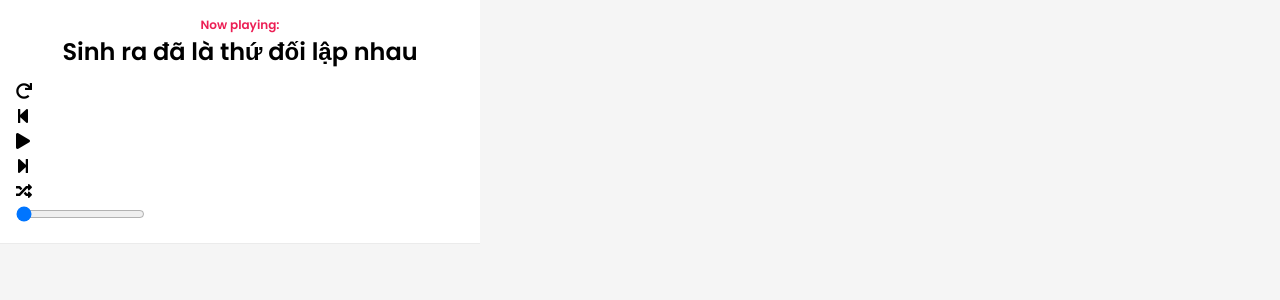
Repository: PhanPhuongNam2108/SiTrumChill
Page: index.html
An editor plug-in stored every save of this project. The page is shown before and after a run of saves, followed by the edit.
The browser window is 1280 px wide. The pictures show the whole page.
Pictures or frames that could not be fetched are drawn as grey boxes.

Above is the page before, as saved 2025-11-26 15:07:46.

After the next 4 saves:
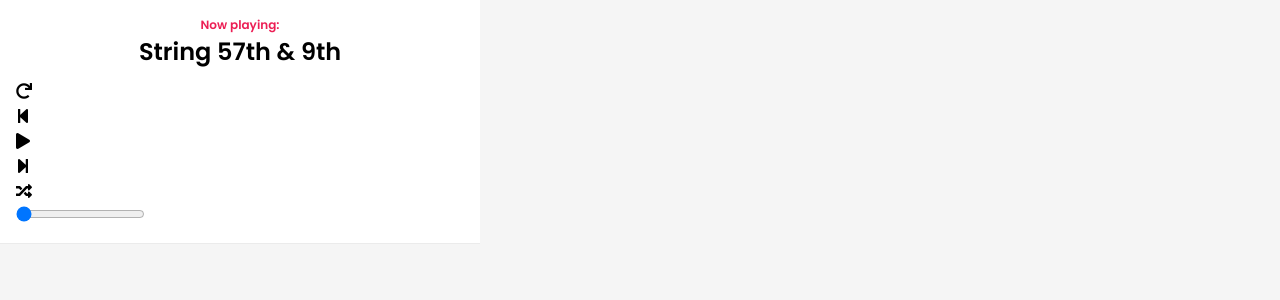
Console error: SyntaxError: Missing initializer in const declaration
The 4 saves are shown as one change because they came seconds apart.
The last was saved 15 s later.
--- a/index.html
+++ b/index.html
@@ -156,7 +156,7 @@
             const cdWidth = cd.offsetWidth
 
             //Xử lí quay / dừng CD
-            cdThumb.animate([
+            const cd cdThumb.animate([
               { transform: 'rotate(360deg)'}
 
             ], {

After the 3 saves that followed:
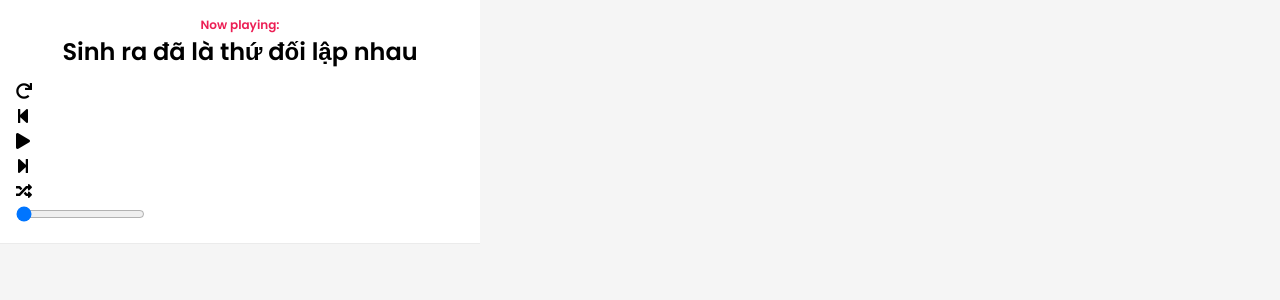
The error is gone.
The 3 saves are shown as one change because 1 left the picture as it was and some came seconds apart.
The last was saved 12 s later.
--- a/index.html
+++ b/index.html
@@ -156,7 +156,7 @@
             const cdWidth = cd.offsetWidth
 
             //Xử lí quay / dừng CD
-            const cd cdThumb.animate([
+            const cdThumbAnimate = cdThumb.animate([
               { transform: 'rotate(360deg)'}
 
             ], {
